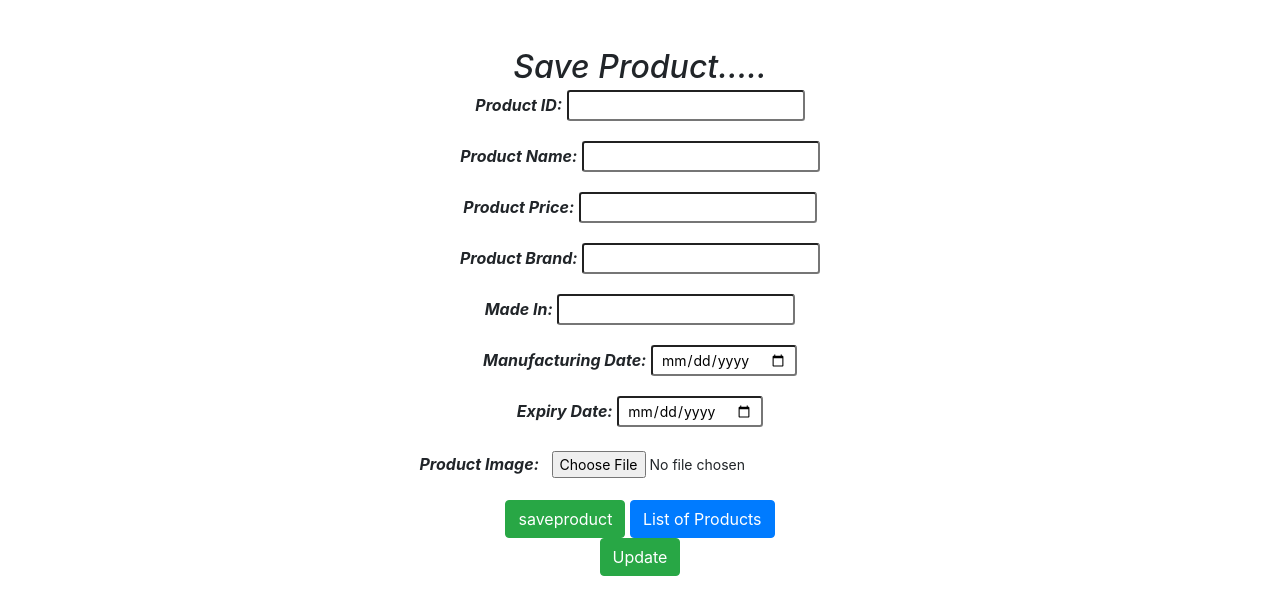
Repository: Sridevi165/Advanced-java
Page: http://localhost/ProductManagementApp/Editform.jsp
An editor plug-in stored every save of this project. The page is shown before and after the next save, followed by the edit.
The browser window is 1280 px wide. The pictures show the whole page.
The page is served by Tomcat 9. Other server files are loaded and not shown. The template is opened directly, without the code that normally fills it, so the values that code supplies are empty.

Above is the page before, as saved 2024-03-07 12:37:23.

### ProductManagementApp/src/main/webapp/Editform.jsp
   <%@ page language="java" contentType="text/html; charset=ISO-8859-1"
    pageEncoding="ISO-8859-1"%>
<!DOCTYPE html>
<html>
<head>
<title>Edit-Form</title>
<!-- Bootstrap CDN Links to Get the support of Bootstrap -->
<link rel="stylesheet"  href="https://stackpath.bootstrapcdn.com/bootstrap/4.3.1/css/bootstrap.min.css"></link>
<!-- This is Java script validation code location -->
</head>

<body>
 <div class ="container mt-5 text-center">
   <h2 class="text-center font-italic mb-1">Save Product.....</h2>
   <form method="post" action="./EditProductServlet" enctype="multipart/form-data" onsubmit="return validateForm()">

       <div class="form-group">
            <label class="font-italic font-weight-bold" for="proId">Product ID:</label>
            <input type="text" class="form-control-sm" id="proId" name="proId" value="${existingProduct.proId}" required>

       </div>

        <div class="form-group">
            <label class="font-italic font-weight-bold" for="proName">Product Name:</label>
            <input type="text" class="form-control-sm" id="proName" name="proName" value="${existingProduct.proName}"required>

       </div>

         <div class="form-group">
            <label class="font-italic font-weight-bold" for="proPrice">Product Price:</label>
            <input type="number" class="form-control-sm" id="proPrice" name="proPrice" value="${existingProduct.proPrice}" required>

       </div>

         <div class="form-group">
            <label class="font-italic font-weight-bold" for="proBrand">Product Brand:</label>
            <input type="text" class="form-control-sm" id="proBrand" name="proBrand" value="${existingProduct.proBrand}"required>

       </div>

         <div class="form-group">
            <label class="font-italic font-weight-bold" for="proMadeIn">Made In:</label>
            <input type="text" class="form-control-sm" id="proMadeIn" name="proMadeIn" value="${existingProduct.proMadeIn}"required>

         </div>

         <div class="form-group">
            <label class="font-italic font-weight-bold" for="proMfgDate">Manufacturing Date:</label>
            <input type="date" class="form-control-sm" id="proMfgDate" name="proMfgDate" value="${existingProduct.proMfgDate}"required>

        </div>

          <div class="form-group">
            <label class="font-italic font-weight-bold" for="proExpDate">Expiry Date:</label>
            <input type="date" class="form-control-sm" id="proExpDate" name="proExpDate" value="${existingProduct.proExpDate}"required>

        </div>

         <div class="form-group">
            <label class="font-italic font-weight-bold" for="proImage">Product Image:</label>
            <input type="file" class="form-control-sm" id="proImage" name="proImage" accept="image/*" value="${existingProduct.proImage}" required>

        </div>

         <div >

            <input type="submit" class="btn btn-success" value="saveproduct"/>
            <a href="productList.jsp" class="btn btn-primary"> List of Products</a>

        </div>
        <input type="submit" class="btn btn-success" value="Update"/>



   </form>
 </div>

</body>
</html>
</body>
</html>

After the next save:
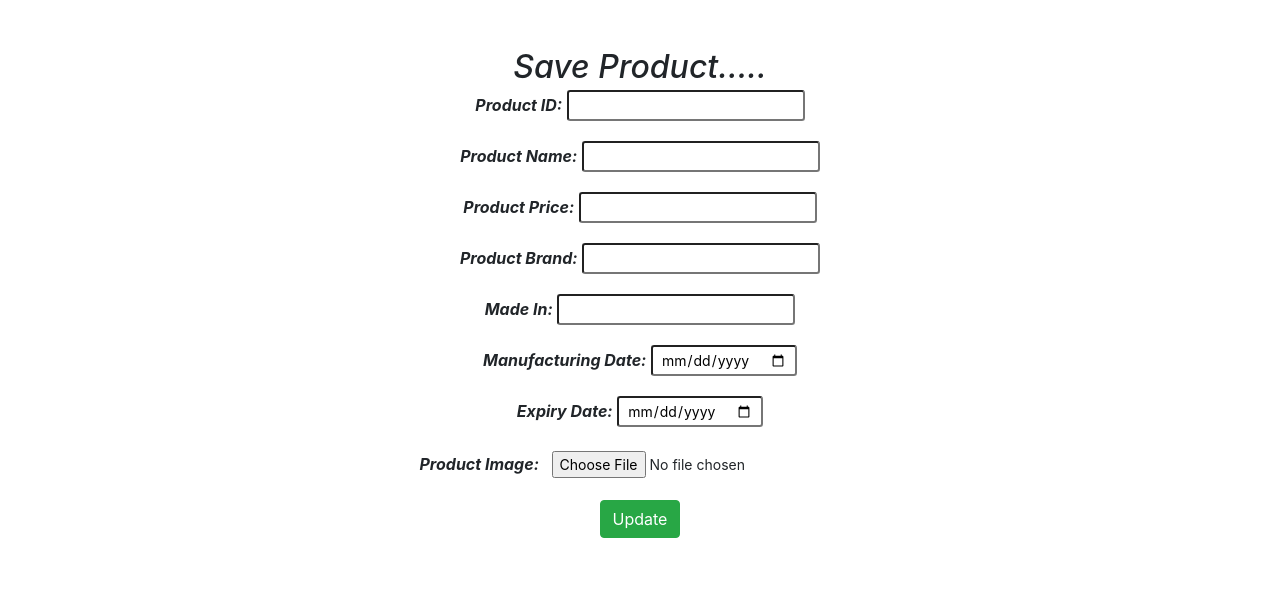
Saved 55 s later.
--- a/ProductManagementApp/src/main/webapp/Editform.jsp
+++ b/ProductManagementApp/src/main/webapp/Editform.jsp
@@ -62,12 +62,7 @@
 
         </div>
 
-         <div >
 
-            <input type="submit" class="btn btn-success" value="saveproduct"/>
-            <a href="productList.jsp" class="btn btn-primary"> List of Products</a>
-
-        </div>
         <input type="submit" class="btn btn-success" value="Update"/>
 
 
